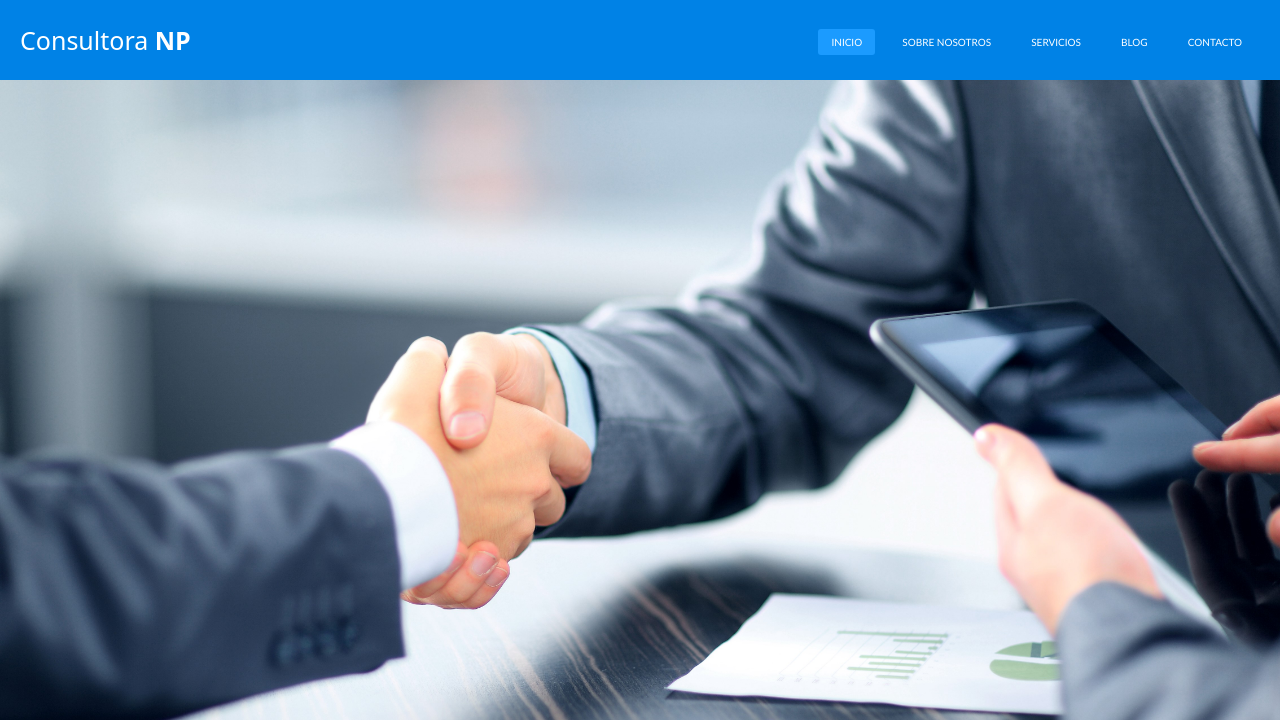
Repository: Batu120/pre-entrega2
Page: HTML/Contacto.html
The author's editor kept a copy of each file at every save. The page is drawn from the files as they stood at one save, then again after the next save.
The browser window is 1280 px wide. The pictures show the whole page.

Above is the page before, as saved 2022-10-29 21:51:00.

After the next save:
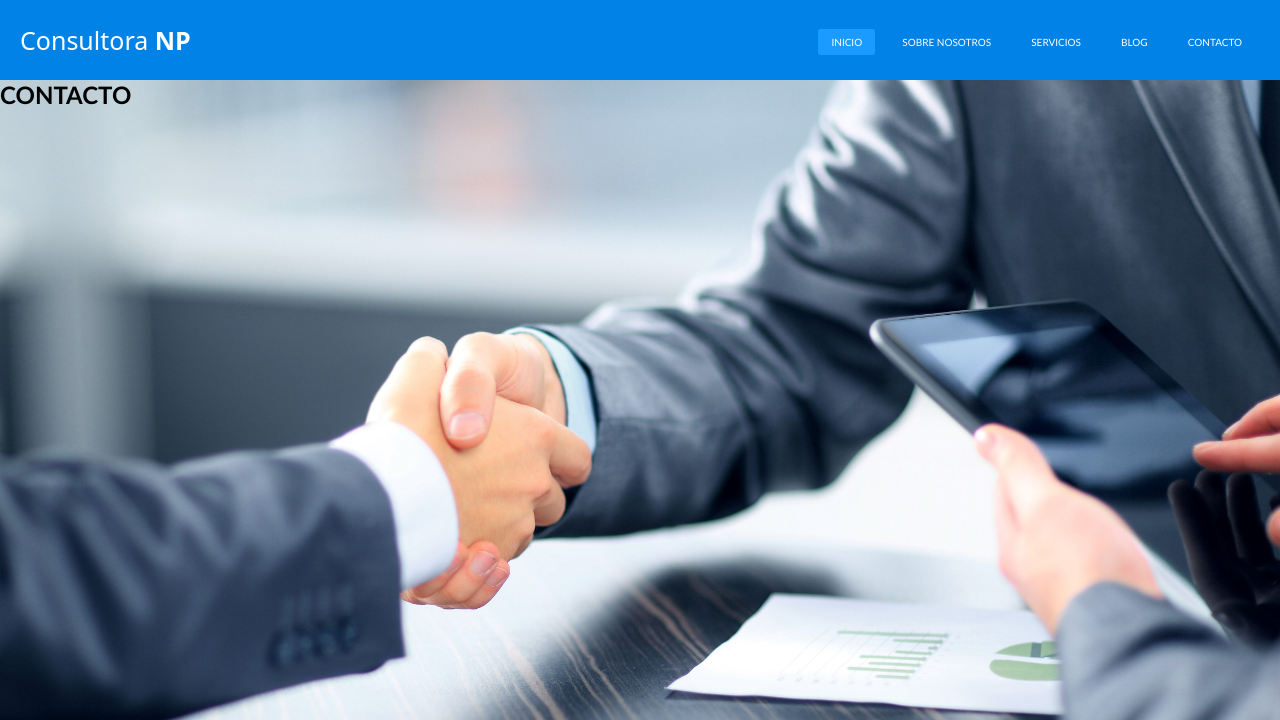
Saved 11 s later.
--- a/HTML/Contacto.html
+++ b/HTML/Contacto.html
@@ -29,5 +29,5 @@
     </nav>
 
     <section>
-
+        <h1>CONTACTO</h1>
     </section>
